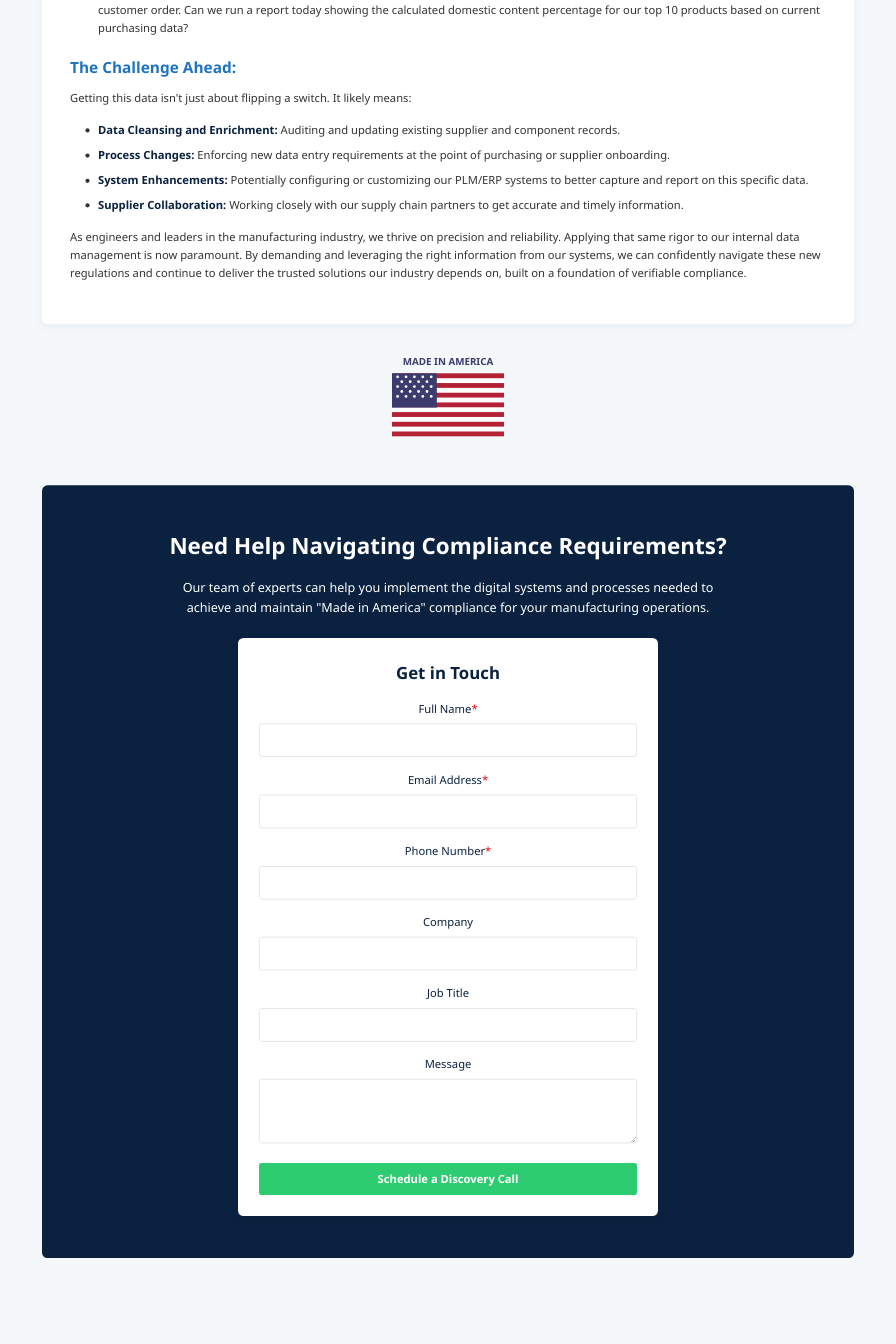
Repository: gompaBlogs/website
Page: mia.html
The author's editor kept a copy of each file at every save. The page is drawn from the files as they stood at one save, then again after the next save.
The browser window is 1280 px wide. The pictures show the part of the page from y = 2085 to 4005 px (the page is 4427 px tall), at 70% of full size.

Above is the page before, as saved 2025-04-30 16:12:08.

After the next save:
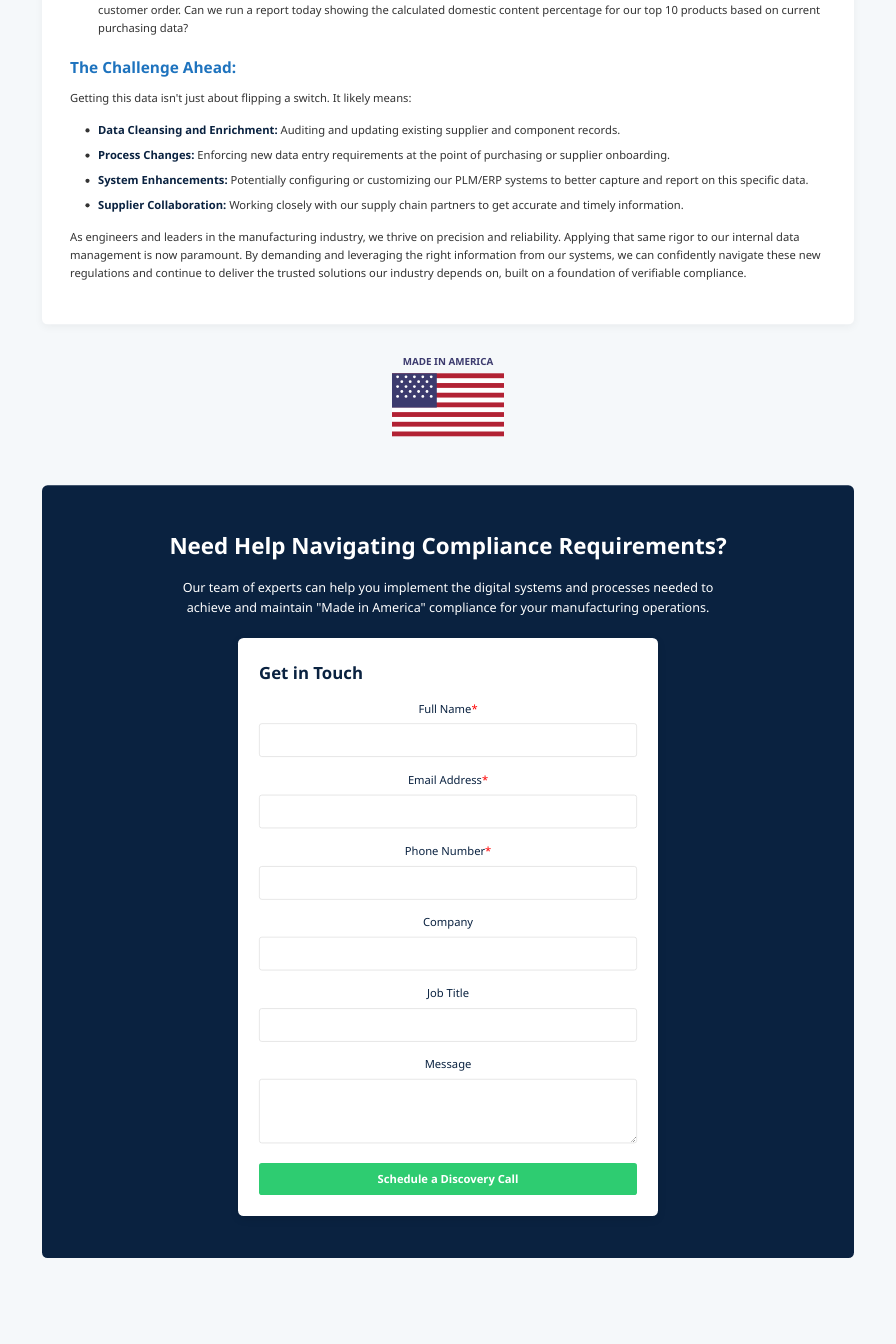
Saved 34 s later.
--- a/mia.html
+++ b/mia.html
@@ -216,6 +216,7 @@
             margin-bottom: 20px;
             font-size: 24px;
             /* text-align: center; */
+            text-align: left;
         }
 
         .form-group {
